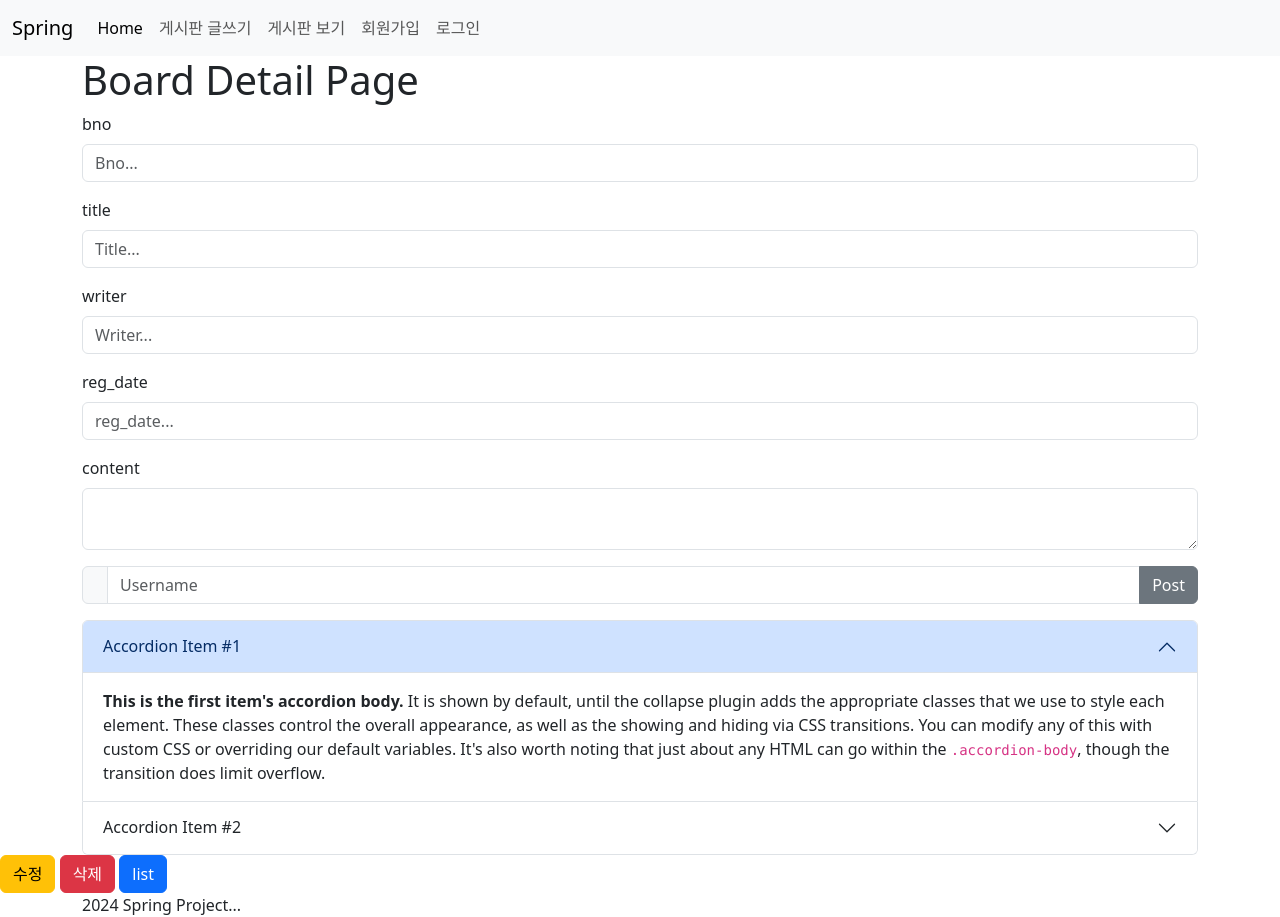
Repository: lhj6399/springTest240430
Page: http://localhost/spring_study/WEB-INF/views/board/detail.jsp
An editor plug-in stored every save of this project. The page is shown before and after the next save, followed by the edit.
The browser window is 1280 px wide. The pictures show the whole page.
The page is served by Tomcat 9. Nobody is signed in. The template is opened directly, without the code that normally fills it, so the values that code supplies are empty.

Above is the page before, as saved 2024-04-26 02:45:56.

### spring_study/src/main/webapp/WEB-INF/views/board/detail.jsp
<%@ page language="java" contentType="text/html; charset=UTF-8"
    pageEncoding="UTF-8"%>
<jsp:include page="../layout/header.jsp" />
<div class="container-md">
<h1>Board Detail Page</h1>
	<div class="mb-3">
	  <label for="n" class="form-label">bno</label>
	  <input type="text" class="form-control" name="bno" id="n" value="${bvo.bno }" readonly="readonly" placeholder="Bno...">
	</div>
	<div class="mb-3">
	  <label for="t" class="form-label">title</label>
	  <input type="text" class="form-control" name="title" id="t" value="${bvo.title }" readonly="readonly" placeholder="Title...">
	</div>
	<div class="mb-3">
	  <label for="w" class="form-label">writer</label>
	  <input type="text" class="form-control" name="writer" id="w" value="${bvo.writer }" readonly="readonly" placeholder="Writer...">
	</div>
	<div class="mb-3">
	  <label for="r" class="form-label">reg_date</label>
	  <input type="text" class="form-control" name="reg_date" id="r" value="${bvo.reg_date }" readonly="readonly" placeholder="reg_date...">
	</div>
	<div class="mb-3">
	  <label for="c" class="form-label">content</label>
	  <textarea class="form-control" id="c" name="content" aria-label="With textarea" readonly="readonly">${bvo.content }</textarea>
	</div>

	<!-- Comment lint -->
	<!-- 댓글 등록 라인 -->
	<div class="input-group mb-3">
  <span class="input-group-text" id="basic-addon1">${ses.id }</span>
  <input type="text" class="form-control" placeholder="Username" placeholder="Add Comment..." aria-label="Username" aria-describedby="basic-addon1">
	<button type="button" id="cmtAddBtn" class="btn btn-secondary">Post</button>
	</div>
	<!-- 댓글 출력 라인 -->
	<div class="accordion" id="accordionExample">
  <div class="accordion-item">
    <h2 class="accordion-header">
      <button class="accordion-button" type="button" data-bs-toggle="collapse" data-bs-target="#collapseOne" aria-expanded="true" aria-controls="collapseOne">
        Accordion Item #1
      </button>
    </h2>
    <div id="collapseOne" class="accordion-collapse collapse show" data-bs-parent="#accordionExample">
      <div class="accordion-body">
        <strong>This is the first item's accordion body.</strong> It is shown by default, until the collapse plugin adds the appropriate classes that we use to style each element. These classes control the overall appearance, as well as the showing and hiding via CSS transitions. You can modify any of this with custom CSS or overriding our default variables. It's also worth noting that just about any HTML can go within the <code>.accordion-body</code>, though the transition does limit overflow.
      </div>
    </div>
  </div>
  <div class="accordion-item">
    <h2 class="accordion-header">
      <button class="accordion-button collapsed" type="button" data-bs-toggle="collapse" data-bs-target="#collapseTwo" aria-expanded="false" aria-controls="collapseTwo">
        Accordion Item #2
      </button>
    </div>
  </div>
</div>


	<a href="/board/modify?bno=${bvo.bno }"><button type="button" class="btn btn-warning">수정</button></a>
	<a href="/board/remove?bno=${bvo.bno }"><button type="button" class="btn btn-danger">삭제</button></a>
	<a href="/board/list"><button type="button" class="btn btn-primary">list</button></a>

</div>

<jsp:include page="../layout/footer.jsp" />

### spring_study/src/main/webapp/WEB-INF/views/layout/header.jsp
<%@ page language="java" contentType="text/html; charset=UTF-8"
    pageEncoding="UTF-8"%>
    <%@ taglib uri="http://java.sun.com/jsp/jstl/core" prefix="c" %>
<!DOCTYPE html>
<html>
<head>
<meta charset="UTF-8">
<title>header.jsp</title>
<link href="https://cdn.jsdelivr.net/npm/bootstrap@5.3.3/dist/css/bootstrap.min.css" rel="stylesheet" integrity="sha384-QWTKZyjpPEjISv5WaRU9OFeRpok6YctnYmDr5pNlyT2bRjXh0JMhjY6hW+ALEwIH" crossorigin="anonymous">
<script src="https://cdn.jsdelivr.net/npm/bootstrap@5.3.3/dist/js/bootstrap.bundle.min.js" integrity="sha384-YvpcrYf0tY3lHB60NNkmXc5s9fDVZLESaAA55NDzOxhy9GkcIdslK1eN7N6jIeHz" crossorigin="anonymous"></script>
</head>
<body>
<nav class="navbar navbar-expand-lg bg-body-tertiary">
  <div class="container-fluid">
    <a class="navbar-brand" href="#">Spring</a>
    <button class="navbar-toggler" type="button" data-bs-toggle="collapse" data-bs-target="#navbarSupportedContent" aria-controls="navbarSupportedContent" aria-expanded="false" aria-label="Toggle navigation">
      <span class="navbar-toggler-icon"></span>
    </button>
    <div class="collapse navbar-collapse" id="navbarSupportedContent">
      <ul class="navbar-nav me-auto mb-2 mb-lg-0">
        <li class="nav-item">
          <a class="nav-link active" aria-current="page" href="/">Home</a>
        </li>
        <li class="nav-item">
          <a class="nav-link" href="/board/register">게시판 글쓰기</a>
        </li>
        <li class="nav-item">
          <a class="nav-link" href="/board/list">게시판 보기</a>
        </li>
        <c:if test="${ses.id eq null }">
        <li class="nav-item">
          <a class="nav-link" href="/member/register">회원가입</a>
        </li>
        </c:if>
        <c:if test="${ses.id eq null }">
        <li class="nav-item">
          <a class="nav-link" href="/member/login">로그인</a>
        </li>
        </c:if>
        <c:if test="${ses.id ne null }">
        <li class="nav-item">
          <a class="nav-link" href="/member/logout">로그아웃</a>
        </li>
          <li class="nav-item">
          <a class="nav-link" href="/member/modify">${ses.id } (${ses.email }) welcome!!</a>
        </li>
        </c:if>
       </ul>
    </div>
  </div>
</nav>

### spring_study/src/main/webapp/WEB-INF/views/layout/footer.jsp
<%@ page language="java" contentType="text/html; charset=UTF-8"
    pageEncoding="UTF-8"%>

<div class="container-md">
 	2024 Spring Project...
</div>

</body>
</html>

After the next save:
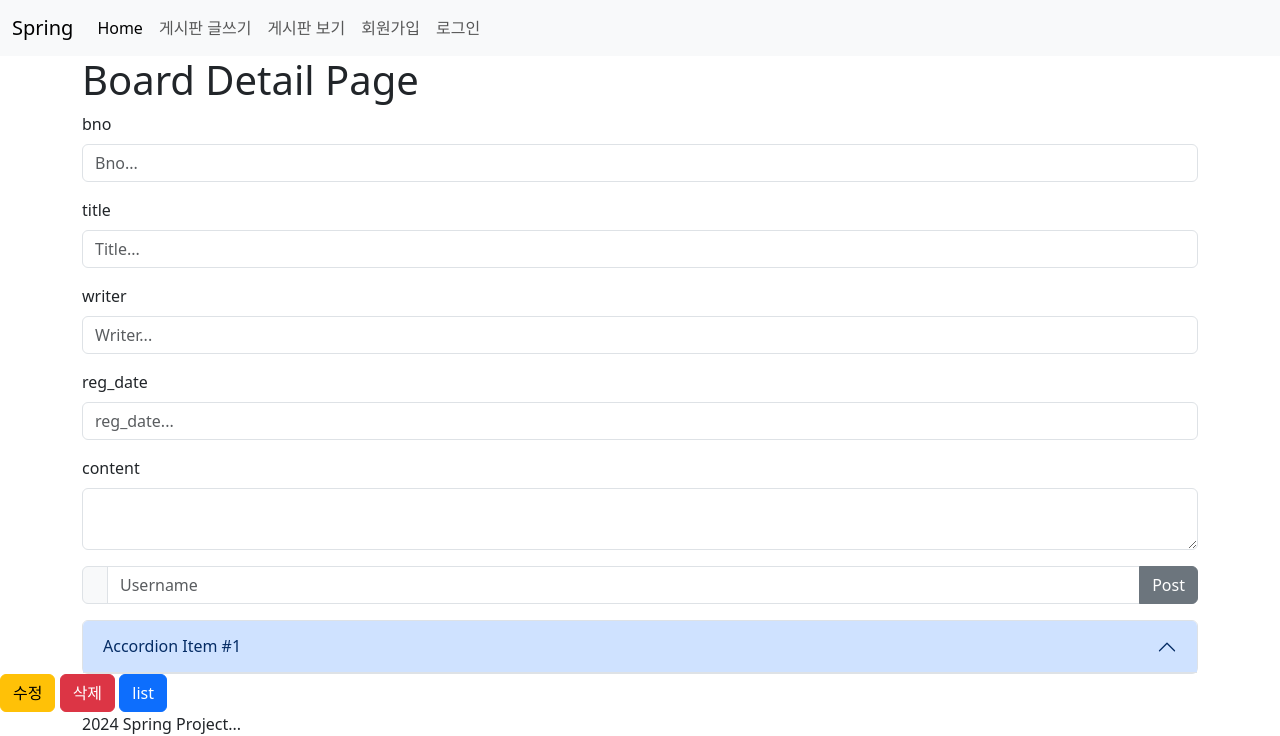
Saved 53 s later.
--- a/spring_study/src/main/webapp/WEB-INF/views/board/detail.jsp
+++ b/spring_study/src/main/webapp/WEB-INF/views/board/detail.jsp
@@ -38,18 +38,6 @@
       <button class="accordion-button" type="button" data-bs-toggle="collapse" data-bs-target="#collapseOne" aria-expanded="true" aria-controls="collapseOne">
         Accordion Item #1
       </button>
-    </h2>
-    <div id="collapseOne" class="accordion-collapse collapse show" data-bs-parent="#accordionExample">
-      <div class="accordion-body">
-        <strong>This is the first item's accordion body.</strong> It is shown by default, until the collapse plugin adds the appropriate classes that we use to style each element. These classes control the overall appearance, as well as the showing and hiding via CSS transitions. You can modify any of this with custom CSS or overriding our default variables. It's also worth noting that just about any HTML can go within the <code>.accordion-body</code>, though the transition does limit overflow.
-      </div>
-    </div>
-  </div>
-  <div class="accordion-item">
-    <h2 class="accordion-header">
-      <button class="accordion-button collapsed" type="button" data-bs-toggle="collapse" data-bs-target="#collapseTwo" aria-expanded="false" aria-controls="collapseTwo">
-        Accordion Item #2
-      </button>
     </div>
   </div>
 </div>
